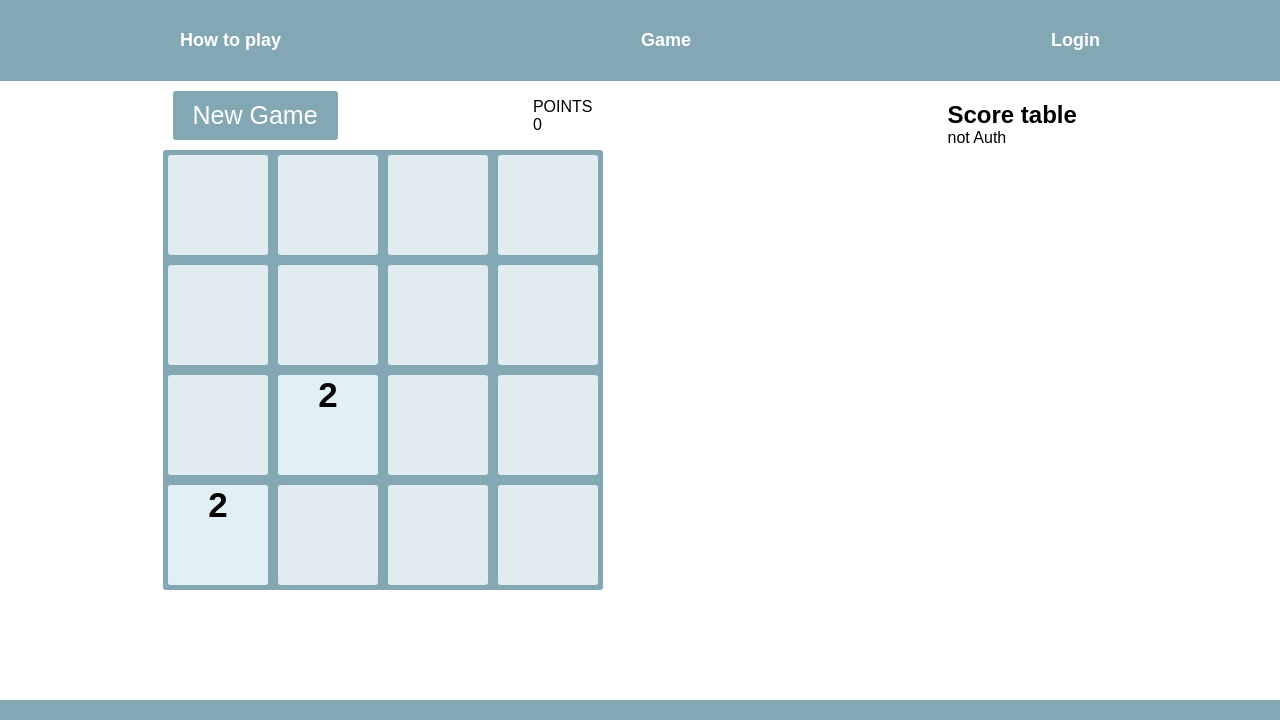
Repository: nika-otter/2048
Page: / (app in client/)
An editor plug-in stored every save of this project. The page is shown before and after the next save, followed by the edit.
The browser window is 1280 px wide. The pictures show the whole page.
The project was rebuilt for these pictures with package versions that can differ from the ones it lists, and the page was loaded fresh each time. Also part of the build but not shown: client/src/components/Login/LoginForm.js, client/src/pages/account/index.jsx, client/src/components/Game/GameOverlay.jsx, client/src/components/InstructionPage/InstructionPage.module.scss, client/src/components/HowToPlay/howtoplay.module.scss, client/src/components/HowToPlay/howtoplay.jsx, client/src/components/InstructionPage/InstructionPage.jsx, client/src/pages/Instruction/index.jsx and 4 more.

Above is the page before, as saved 2023-05-01 19:10:58.

### client/src/index.js
import React from "react";
import ReactDOM from "react-dom/client";
import "./index.css";
import App from "./App";
import { BrowserRouter } from "react-router-dom";
import Store from "./store/store";

const store = new Store();

export const Context = React.createContext({
  store,
});

const root = ReactDOM.createRoot(document.getElementById("root"));
root.render(
  <Context.Provider value={{ store }}>
    <BrowserRouter>
      <App />
    </BrowserRouter>
  </Context.Provider>
);

### client/src/index.css
* {
  box-sizing: border-box;
  margin: 0;
  padding: 0;
}
#root {
  width: 100vw;
  height: 100%;
}

body {
  /* background-color: #ffffff;
  display: flex;
  justify-content: center;
  align-items: center;*/
  /* height: 100vh; */
  height: 100%;
}
html {
  height: 100%;
}
code {
  font-family: source-code-pro, Menlo, Monaco, Consolas, "Courier New",
    monospace;
}

### client/src/App.js
import { useContext, useEffect, useState } from "react";
import "./App.css";
import LoginForm from "./components/Login/LoginForm";
import AppRouter from "./router/AppRouter";
import { Context } from "./index";
import { observer } from "mobx-react-lite";
import UserService from "./services/UserService";
function App() {
  // const { store } = useContext(Context);
  // const [users, setUsers] = useState([]);
  // useEffect(() => {
  //   if (localStorage.getItem("token")) {
  //     // console.log(localStorage.getItem("token"));
  //     store.checkAuth();
  //   }
  // }, []);

  // if (store.isLoading) {
  //   return <div>Loading...</div>;
  // }
  // async function getUsers() {
  //   try {
  //     const response = await UserService.fetchUsers();
  //     setUsers(response.data);
  //     console.log(response);
  //     setUsers(response.data);
  //   } catch {}
  // }
  return (
    <div className="App">
      <AppRouter />
      {/* <h1>{store.isAuth ? `User: ${store.user.email}` : "Not Auth"}</h1>
      <h1>
        {" "}
        {store.user.isActivated ? `Activated` : "Go and activate your email"}
      </h1>
      <button onClick={() => store.logout()}>Logout</button>
      <button onClick={getUsers}>Get users</button>
      {users.map((user) => (
        <div key={user.email}>{user.email}</div>
      ))}      */}
      {/* <LoginForm /> */}
    </div>
  );
}

export default observer(App);

### client/src/store/store.js
import { makeAutoObservable } from "mobx";
import AuthService from "../services/AuthService";
import axios from "axios";
import { API_URL } from "../http";
import UserService from "../services/UserService";

export default class Store {
  user = {};
  isAuth = false;
  isLoading = false;
  scores = {};
  constructor() {
    makeAutoObservable(this);
  }
  setAuth(bool) {
    this.isAuth = bool;
  }
  setUser(user) {
    this.user = user;
  }

  setLoading(bool) {
    this.isLoading = bool;
  }

  setScores(scores) {
    this.scores = scores;
  }

  async login(email, password) {
    console.log("login");
    try {
      const response = await AuthService.login(email, password);
      console.log(response);
      localStorage.setItem("token", response.data.accessToken);
      this.setAuth(true);
      this.setUser(response.data.user);
      console.log(response.data.user);
    } catch (e) {
      console.log(e.response?.data?.message);
    }
  }

  async registration(email, password) {
    try {
      const response = await AuthService.registration(email, password);
      console.log(response);
      localStorage.setItem("token", response.data.accessToken);
      this.setAuth(true);
      this.setUser(response.data.user);
    } catch (e) {
      console.log(e.response?.data?.message);
    }
  }

  async logout() {
    try {
      const response = await AuthService.logout();
      console.log(response);
      localStorage.removeItem("token", response.data.accessToken);
      this.setAuth(false);
      this.setUser({});
    } catch (e) {
      console.log(e.response?.data?.message);
    }
  }

  async checkAuth() {
    console.log("checkAuth");
    this.setLoading(true);
    try {
      const response = await axios.get(`${API_URL}/refresh`, {
        withCredentials: true,
      });
      console.log(response, "response checkAuth");
      console.log(
        response.data.accessToken,
        "response.data.accessToken checkAuth"
      );
      localStorage.setItem("token", response.data.accessToken);

      this.setAuth(true);
      this.setUser(response.data.user);
    } catch (e) {
      console.log(e.response?.data?.message);
    } finally {
      this.setLoading(false);
    }
  }

  async saveScore(email, score) {
    try {
      const response = await UserService.updateScore(email, score);
      //   this.scores = response.data.user.scores;
      console.log(response.data.user.scores);
    } catch (e) {
      console.log(e.response?.data?.message);
    }
  }
  async getScores(email) {
    this.setLoading(true);
    try {
      const response = await UserService.getScores(email);
      console.log(response, "response getScores store");
      this.setScores(response.data.user.scores);
      //   console.log(response.data.user.scores);
    } catch (e) {
      console.log(e.response?.data?.message);
    } finally {
      // this.setLoading(false);
    }
  }
}

### client/src/App.css
.App {
  /* position: relative; */
  display: flex;
  flex-direction: column;
  height: 100%;
  /* background-color: rgb(188, 121, 39); */
}
/* main {
  flex: 1 0 auto;
} */

### client/src/router/AppRouter.jsx
import { Routes, Route } from "react-router-dom";
import Account from "../pages/Account";
import Game from "../pages/Game";
import Instruction from "../pages/Instruction";
import Login from "../pages/Login";

const AppRouter = () => {
  return (
    <Routes>
      {/* <Route path="/game" element={<Game />} /> */}
      {/* <Route path="/account" element={<Account />} /> */}
      <Route path="/how-to-play" element={<Instruction />} />
      <Route path="/" element={<Game />} />
      <Route path="/login" element={<Login />} />
    </Routes>
  );
};

export default AppRouter;

### client/src/services/UserService.js
import $api from "../http";
export default class UserService {
  static fetchUsers() {
    return $api.get("/users");
  }

  static updateScore(email, score) {
    return $api.post(`/score`, { email, score });
  }

  static async getScores(email) {
    return $api.post(`/scores`, { email });
  }
}

### client/src/services/AuthService.js
import $api from "../http";
export default class AuthService {
  static async login(email, password) {
    return $api.post("/login", { email, password });
  }
  static async registration(email, password) {
    return $api.post("/registration", { email, password });
  }
  static async logout() {
    return $api.post("/logout");
  }
}

### client/src/http/index.js
import axios from "axios";

export const API_URL = "http://localhost:5000/api";

const $api = axios.create({
  withCredentials: true,
  baseURL: API_URL,
});

$api.interceptors.request.use((config) => {
  config.headers.Authorization = `Bearer ${localStorage.getItem("token")}`;
  return config;
});

$api.interceptors.response.use(
  (config) => {
    return config;
  },
  async (error) => {
    const originalRequest = error.config;
    if (
      error.response.status === 401 &&
      error.config &&
      !error.config._isRetry
    ) {
      originalRequest._isRetry = true;
      try {
        const response = await axios.get(`${API_URL}/refresh`, {
          withCredentials: true,
        });
        console.log(response, "response http");
        localStorage.setItem("token", response.data.accessToken);
        return $api.request(originalRequest);
      } catch (e) {
        console.log(e);
        console.log("НЕ АВТОРИЗОВАН");
      }
    }
    throw error;
  }
);
export default $api;

### client/src/pages/Game/index.jsx
import Header from "../../components/Header/Header";
import Footer from "../../components/Footer/Footer";
import GamePage from "../../components/GamePage/GamePage";

function Game() {
  return (
    <>
      <Header />
      <GamePage />
      <Footer />
    </>
  );
}

export default Game;

### client/src/components/Footer/Footer.jsx
import classes from "./Footer.module.scss";

function Footer() {
  return <footer className={classes.footer}></footer>;
}

export default Footer;

### client/src/components/Header/Header.jsx
import { Link } from "react-router-dom";
import classes from "./Header.module.scss";

function Header() {
  return (
    <header className={classes.header}>
      <Link className={classes.link} to="/how-to-play">
        How to play
      </Link>
      <Link className={classes.link} to="/">
        Game
      </Link>
      <Link className={classes.link} to="/login">
        Login
      </Link>
    </header>
  );
}

export default Header;

### client/src/components/GamePage/GamePage.jsx
import { Link } from "react-router-dom";
import classes from "./GamePage.module.scss";
import ScoreTable from "../ScoreTable/ScoreTable";
import BoardView from "../Game/Board";
import { observer } from "mobx-react-lite";
import { useContext, useEffect } from "react";
import { Context } from "../..";

function GamePage() {
  return (
    <main className={classes.main}>
      <div className={classes.gamepage}>
        <BoardView />
        <ScoreTable />
      </div>
    </main>
  );
}

export default observer(GamePage);

### client/src/components/Footer/Footer.module.scss
.footer {
  flex: 0 0 auto;
  height: 20px;
  background-color: rgb(131, 168, 180);
  width: 100%;
}

### client/src/components/Header/Header.module.scss
.header {
  display: flex;
  justify-content: space-around;
  background-color: #83a8b4;
  width: 100%;
}
.link {
  color: white;
  text-decoration: none;
  font-size: large;
  margin-top: 20px;
  margin-bottom: 20px;
  padding: 10px;
  font-weight: bold;
  border-radius: 5px;
  &:hover {
    color: rgb(106, 134, 144);
    background-color: rgb(255, 255, 255);
  }
}

### client/src/components/GamePage/GamePage.module.scss
.gamepage {
  display: flex;
  justify-content: space-around;
  //   background-color: aquamarine;
}
.main {
  flex: 1 0 auto;
}

### client/src/components/ScoreTable/ScoreTable.jsx
import { useContext, useEffect, useState } from "react";
import classes from "./ScoreTable.module.scss";
import { Context } from "../..";
import UserService from "../../services/UserService";
import { observer } from "mobx-react-lite";

function ScoreTable() {
  // const { store } = useContext(Context);
  // const [scores, setScores] = useState([]);

  // useEffect(() => {
  //   if (localStorage.getItem("token")) {
  //     console.log(localStorage.getItem("token"), "token from login index.jsx");
  //     store.checkAuth();
  //     getScores(store.user.email);
  //   }
  //   console.log(store.user.email, "store.user.email in ScoreTable.jsx");
  // }, []);

  // const getScores = async (email) => {
  //   console.log(email, "email in ScoreTable.jsx");
  //   try {
  //     const response = await UserService.getScores(email);
  //     setScores(response.data.scores, "response from getScores ScoreTable.jsx");
  //     console.log(response);
  //   } catch {
  //     console.log("Error");
  //   }
  // };
  // console.log(scores, "store.user in ScoreTable.jsx");

  const { store } = useContext(Context);
  // const [scores, setScores] = useState([]);
  // console.log(store.user.scores, "store.user from login index.jsx");
  useEffect(() => {
    if (localStorage.getItem("token")) {
      console.log(localStorage.getItem("token"), "token from login index.jsx");
      store.checkAuth();
    }
    console.log(store.user.email, "store.user.email in ScoreTable.jsx");
    // getScores(store.user.email);
  }, [store]);

  // async function getScores(email) {
  //   console.log(email, "email from getScores");
  //   try {
  //     const response = await UserService.getScores(email);
  //     // setUsers(response.data);
  //     console.log(response, "response from getScores");
  //     // console.log(response.data.data.user.scores, "response.data.user.scores");
  //     // setScores(response.data.scores);
  //   } catch (e) {
  //     console.log(e, "Error");
  //   }
  // }
  if (store.isLoading) {
    console.log(store.isLoading, "store.isLoading");
    return <div className={classes.loading}>Loading...</div>;
  }
  return (
    <div className={classes.scoretable}>
      <h2>Score table</h2>
      {/* <button onClick={() => getScores(store.user.email)}>Get scores</button> */}
      {/* {store.isAuth ? (
        scores.map((score) => <div key={score}>{score}</div>)
      ) : (
        <div>loading</div>
      )} */}
      <ul>
        {store.isAuth ? (
          store.user.scores
            .map((score) => ({
              score,
              id: Math.random(),
            }))
            .sort((a, b) => b.score - a.score)
            .slice(0, 10)
            .map((item) => <li key={item.id}>{item.score}</li>)
        ) : (
          <div>not Auth</div>
        )}
      </ul>

      {/* <button onClick={getScores}>dddmdmd</button> */}

      {/* {scores.map((score) => (
        <div>{score}</div>
      ))} */}
    </div>
  );
}

export default observer(ScoreTable);

### client/src/components/Game/Board.jsx
import React, { useContext, useEffect, useState } from "react";
import Tile from "./Tile";
import Cell from "./Cell";
import { Board } from "../../helper";
import useEvent from "../../hooks/useEvent";
import GameOverlay from "./GameOverlay";
import "./Board.scss";
import { Context } from "../..";
import UserService from "../../services/UserService";
const BoardView = () => {
  const { store } = useContext(Context);
  const [board, setBoard] = useState(new Board());

  // useEffect(() => {
  //   const checkAuth = async () => {
  //     if (localStorage.getItem("token")) {
  //       console.log(localStorage.getItem("token"), "token from login index.jsx");
  //       await store.checkAuth();
  //     }
  //   };
  //   checkAuth();
  //   console.log(store.user.email, "store.user.email in ScoreTable.jsx");
  //   // getScores(store.user.email);
  // }, [resetGame]);

  const handleKeyDown = (event) => {
    if (board.hasWon()) {
      return;
    } //потім вернути треба

    if (event.keyCode >= 37 && event.keyCode <= 40) {
      let direction = event.keyCode - 37;
      let boardClone = Object.assign(Object.create(board), board);
      // let boardClone = Object.assign(
      //   Object.create(Object.getPrototypeOf(board)),
      //   board
      // ); // теж саме що і вище
      let newBoard = boardClone.move(direction);
      setBoard(newBoard);
    }
  };

  useEvent("keydown", handleKeyDown);

  const cells = board.cells.map((row, rowIndex) => {
    return (
      <div key={rowIndex}>
        {row.map((col, colIndex) => {
          return <Cell key={rowIndex * board.size + colIndex} />;
        })}
      </div>
    );
  }); //робить клітинки нічого серйозного

  const tiles = board.tiles
    .filter((tile) => tile.value !== 0)
    .map((tile, index) => {
      return <Tile tile={tile} key={index} />;
    });

  const saveScore = async (email, score) => {
    try {
      const response = await UserService.updateScore(email, score);
      console.log(response, "response from saveScore ");
    } catch {
      console.log("Error");
    }
  };
  const resetGame = async () => {
    console.log(
      store.user.email,
      board.score,
      "store.user.email board.score from BoardView.jsx"
    );
    if (board.score > 0) {
      await saveScore(store.user.email, board.score);
      store.checkAuth();
    }
    setBoard(new Board());
  };

  return (
    <div>
      <div className="details-box">
        <div className="resetButton" onClick={resetGame}>
          New Game
        </div>
        <div className="score-box">
          <div className="score-header">POINTS</div>
          <div>{board.score}</div>
        </div>
      </div>
      <div className="board">
        {cells}
        {tiles}
        <GameOverlay onRestart={resetGame} board={board} />
      </div>
    </div>
  );
};

export default BoardView;

### client/src/components/ScoreTable/ScoreTable.module.scss
.scoretable {
  margin: 20px;
  width: 150px;
}
.loading {
  width: 150px;
  margin: 20px;
}

### client/src/components/Game/Tile.jsx
import React from "react";
// import classes from "./Board.scss";
import "./Board.scss";
// import "./styles.scss";

const Tile = ({ tile, id }) => {
  console.log("tile");
  let classArray = ["tile"];
  classArray.push("tile" + tile.value);
  if (!tile.mergedInto) {
    classArray.push(`position_${tile.row}_${tile.column}`);
  }
  if (tile.mergedInto) {
    classArray.push("merged");
  }
  if (tile.isNew()) {
    classArray.push("new");
  }

  if (tile.hasMoved()) {
    classArray.push(`row_from_${tile.fromRow()}_to_${tile.toRow()}`);
    classArray.push(`column_from_${tile.fromColumn()}_to_${tile.toColumn()}`);
    classArray.push("isMoving");
  }
  //   if (tile.isRandom()) {
  //     classArray.push("random");
  //   }

  let styles = classArray.join(" ");
  return <span className={styles}>{tile.value}</span>;
};

export default Tile;

### client/src/components/Game/Cell.jsx
import React from "react";

const Cell = ({ id }) => {
  return <span className="cell"></span>;
};

export default Cell;

### client/src/hooks/useEvent.jsx
import { useEffect } from "react";

export default function useEvent(event, handler, passive = false) {
  useEffect(() => {
    window.addEventListener(event, handler, passive);

    return function cleanUp() {
      window.removeEventListener(event, handler, passive);
    };
  });
}

### client/src/components/Game/Board.scss
// @font-face {
//   font-family: "Clear Sans";
//   src: url("../src/clear-sans.ttf") format("truetype");
// }

body {
  display: flex;
  //   background: rgb(2,0,36);
  // background: linear-gradient(90deg, rgba(2,0,36,1) 0%, rgba(87,64,124,1) 47%, rgba(0,212,255,1) 100%);
  //   color: white;
  // flex-direction: column;
  // justify-content: center;
  // align-content: center;
  // align-items: center;
  font-family: "Clear Sans", sans-serif;
  // font-size: 21px;
}

.text {
  // order: 2;
  // padding-top: 40px;
  // width: 440px;
  // font-weight: bold;
}
// main {
//   min-height: 90vh;
// }

// .wrapper {
//   display: flex;
//   flex-direction: column;
//   height: 100%;
// }
// .content {
//   flex: 1 0 auto;
// }
// .footer {
//   flex: 0 0 auto;
// }

.board {
  // order: 1;
  // display: inline-block;

  display: block;
  // justify-content: center;
  margin-left: auto;
  margin-right: auto;
  width: 440px;
  height: 440px;
  // padding: 5px; //вернути треба
  background-color: rgb(131, 168, 180);
  border-radius: 3px;
  // outline: none;
  position: relative;
}

// .board .cell,
// .tile {
//   // user-select: none;
//   // cursor: default;
// }

.details-box {
  display: flex;
  align-items: center;
  padding: 10px;
  justify-content: space-between;
}

.resetButton {
  background-color: rgb(131, 168, 180);
  color: rgb(255, 255, 255);
  cursor: pointer;
  font-size: 25px;
  padding: 10px 20px;
  border-radius: 3px;
  transition: color 0.3s ease, background-color 0.3s ease;
  &:hover {
    background-color: rgb(131, 168, 180);
    color: rgba(255, 255, 255, 1);
  }
}

.score-header {
  font-size: 1rem;
}

.score-box {
  background-color: rgb(131, 168, 180) 6;
  color: rgb(0, 0, 0);
  // min-width: 50px;
  // width: 70px;
  // padding: 5px 15px;
  border-radius: 3px;
}

.cell,
.tile {
  // display: inline-block;
  width: 100px;
  height: 100px;
  margin: 5px;
  // line-height: 90px;
  display: inline-block;
  font-size: 35px;
  font-weight: bold;
  text-align: center;
  vertical-align: middle;
  border-radius: 3px;
  // font-family: "Clear Sans";
  color: rgb(8, 4, 4);
  background-color: rgb(224, 236, 240);
}

.tile0 {
  background-color: rgb(238, 247, 249);
}

.tile2 {
  background-color: rgb(224, 240, 245);
  // background-image: url(./assets/img/2.gif);
}

.tile4 {
  background-color: rgb(199, 221, 228);
  // background-image: url(./assets/img/4.gif);
}

.tile8 {
  background-color: rgb(187, 212, 220);
  // background-image: url(./assets/img/8.gif);
}

.tile16 {
  background-color: rgb(171, 195, 203);
  // background-image: url(./assets/img/16.gif);
}

.tile32 {
  background-color: rgb(140, 165, 174);
  // background-image: url(./assets/img/32.gif);
}

.tile64 {
  background-color: rgb(116, 144, 153);
  // background-image: url(./assets/img/64.gif);
}

.tile128 {
  background-color: rgb(98, 125, 134);
  // background-image: url(./assets/img/128.gif);
}

.tile256 {
  background-color: rgb(71, 91, 98);
  // background-image: url(./assets/img/256.gif);
  // font-size: 45px;
}

.tile512 {
  background-color: rgb(45, 68, 75);
  // background-image: url(./assets/img/512.gif);
  // font-size: 45px;
}

.tile1024 {
  background-color: rgb(40, 68, 78);
  // background-image: url(./assets/img/1024.gif);
  // font-size: 35px;
}

.tile2048 {
  position: absolute;
  background-size: contain;
  left: 0;
  right: 0;
  top: 0;
  bottom: 0;
  padding: 0px;
  background-color: rgb(12, 42, 52);
  // background-image: url(./assets/img/2048.gif);
  // font-size: 35px;
}

// .try-again {
//   z-index: 10;
//   height: 100px;
//   width: 100px;
//   // background-image: url(./assets/img/try-again.gif);
// }

.tile {
  position: absolute;
}

.tile.merged {
  display: none;
}

// .tile.merged.isMoving {
//   display: inline;
// }

.tile.new {
  animation-duration: 0.3s;
  animation-name: newTile;
  animation-fill-mode: forwards;
  // animation-delay: 0.15s;
  transform: scale(0);
}
// .tile.random {
//   animation-duration: 3s;
//   animation-name: newTile;
//   animation-fill-mode: forwards;
//   // animation-delay: 0.15s;
//   transform: scale(0);
// }

@keyframes newTile {
  from {
    transform: scale(0);
  }
  to {
    transform: scale(1);
  }
}

// .overlay {
//   position: absolute;
//   top: 0px;
//   bottom: 0px;
//   display: flex;
//   flex-direction: column;
//   align-items: center;
//   justify-content: center;
//   text-align: center;
//   left: 0px;
//   right: 0px;
//   font-size: 55px;
//   font-weight: bolder;
//   border-radius: 7px;
// }

// .tryAgain {
//   background-color: #876;
//   color: #fff;
//   height: 40px;
//   width: 200px;
//   font-size: 20px;
//   font-weight: bold;
//   cursor: pointer;
//   border: none;
//   border-radius: 5px;
//   border: 2px solid white;
// }

// .gameOver {
//   background-size: contain;
//   background-image: url(./assets/img/game-over.gif);
//   position: absolute;
//   top: 0;
//   right: 0;
//   bottom: 0;
//   left: 0;
//   z-index: 100;
//   text-align: center;
// }

.overlay .message {
  color: #666;
}

@for $row from 0 through 3 {
  @for $column from 0 through 3 {
    .position_#{$row}_#{$column}:not(.isMoving) {
      top: 110px * $row;
      left: 110px * $column;
    }
  }
}

@for $fromRow from 0 through 3 {
  @for $toRow from 0 through 3 {
    $name: row_from_#{$fromRow}_to_#{$toRow};

    @if $fromRow == $toRow {
      .#{$name} {
        top: 110px * $toRow;
      }
    } @else {
      .#{$name} {
        animation-duration: 0.2s;
        animation-name: $name;
        animation-fill-mode: forwards;
      }

      @keyframes #{$name} {
        from {
          top: 110px * $fromRow;
        }
        to {
          top: 110px * $toRow;
        }
      }
    }
  }
}

@for $fromColumn from 0 through 3 {
  @for $toColumn from 0 through 3 {
    $name: column_from_#{$fromColumn}_to_#{$toColumn};

    @if $fromColumn == $toColumn {
      .#{$name} {
        left: 110px * $toColumn;
      }
    } @else {
      .#{$name} {
        animation-duration: 0.2s;
        animation-name: $name;
        animation-fill-mode: forwards;
      }

      @keyframes #{$name} {
        from {
          left: 110px * $fromColumn;
        }
        to {
          left: 110px * $toColumn;
        }
      }
    }
  }
}

Loaded but not shown: client/public/index.html (common file); client/src/helper/index.js (231 lines, source omitted)

After the next save:
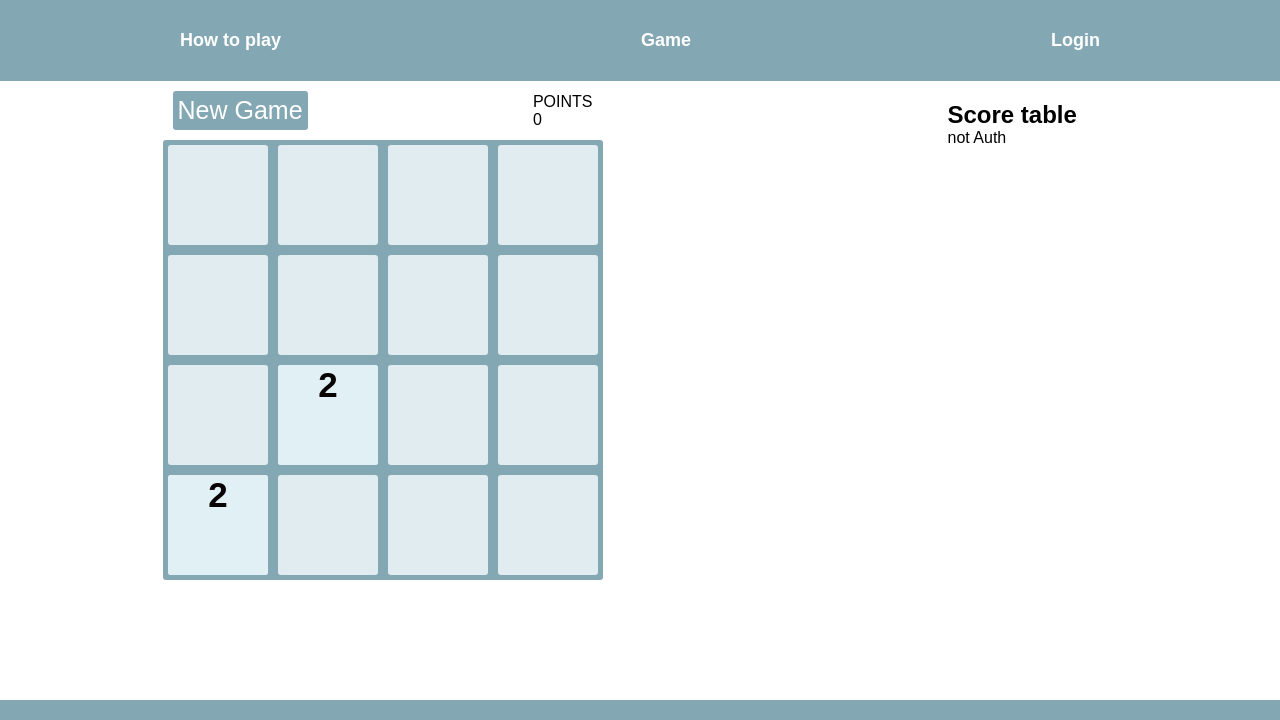
Saved 10 s later.
--- a/client/src/components/Game/Board.scss
+++ b/client/src/components/Game/Board.scss
@@ -73,7 +73,7 @@ body {
   color: rgb(255, 255, 255);
   cursor: pointer;
   font-size: 25px;
-  padding: 10px 20px;
+  padding: 5px 5px;
   border-radius: 3px;
   transition: color 0.3s ease, background-color 0.3s ease;
   &:hover {
